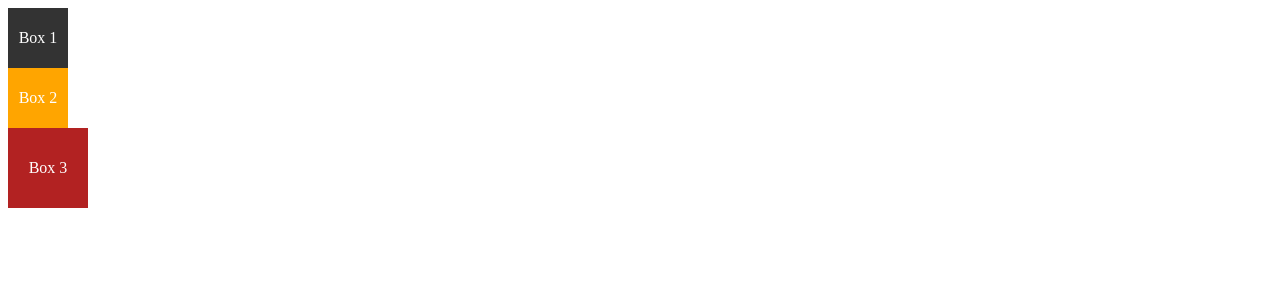
Repository: critdang/electro_store
Page: javascript_project/HTML &CSS practice/index.html
An editor plug-in stored every save of this project. The page is shown before and after the next save, followed by the edit.
The browser window is 1280 px wide. The pictures show the whole page.

Above is the page before, as saved 2021-10-01 22:06:58.

After the next save:
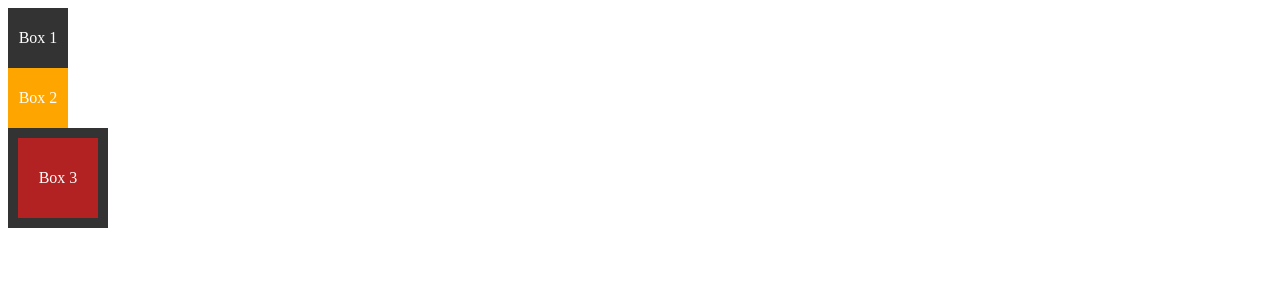
Saved 41 s later.
--- a/javascript_project/HTML &CSS practice/index.html
+++ b/javascript_project/HTML &CSS practice/index.html
@@ -24,8 +24,9 @@
                 background-color: firebrick;
 
                 padding: 10px;
-                /* border-width: 10px; */
-                border-style: ;
+                border-width: 10px;
+                border-style: solid;
+                border-color: #333;
             }
         </style>
     </head>
